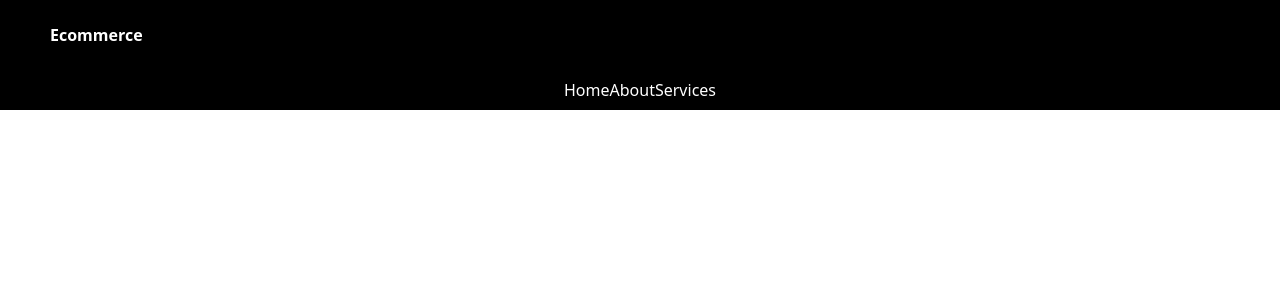
Repository: OmniaRafat232111121/ecommerceredux
Page: / (app in eco/)
The author's editor kept a copy of each file at every save. The page is drawn from the files as they stood at one save, then again after a run of saves.
The browser window is 1280 px wide. The pictures show the whole page.
The project was rebuilt for these pictures with package versions that can differ from the ones it lists, and the page was loaded fresh each time.

Above is the page before, as saved 2022-11-01 18:28:06.

### eco/src/index.js
import React from 'react';
import ReactDOM from 'react-dom/client';
import App from './App';
import './index.css'
const root = ReactDOM.createRoot(document.getElementById('root'));
root.render(
  <React.StrictMode>
    <App />
  </React.StrictMode>
);

### eco/src/App.js

import { Provider } from 'react-redux';
import Header from './components/Header';
import store from './redux/store';
function App() {
  return (
  <Provider store={store}>
<div className='max-w-[1920px] mx-auto overflow-hidden bg-white'>
<Header/>
</div>
    </Provider>
  );
}

export default App;

### eco/src/components/Header.js
import React from 'react'

const Header = () => {
  return (
    <header className='bg-black text-white fixed left-0 right-0 z-10 w-full  mx-auto transition-all duration-150 '>
    <div className='flex justify-between items-center h-[70px] pl-[50px] pr-[60px]'>
    <h1 className='font-bold'>Ecommerce</h1>
    </div>
    <div className='flex  justify-center  items-center py-2'>
    <ul className='flex justify-between'>
    <li><a href="#">Home</a></li>
    <li><a href="#">About</a></li>
    <li><a href="#">Services</a></li>
    </ul>
    </div>
    </header>
  )
}

export default Header

### eco/src/redux/store.js
import { createStore, applyMiddleware } from 'redux'
import { composeWithDevTools } from 'redux-devtools-extension'
import logger from 'redux-logger'
import thunk from 'redux-thunk'
import { reducers } from './reducers/rootReducer'



const store = createStore(
  reducers,
  composeWithDevTools(applyMiddleware(logger, thunk))
)

export default store

### eco/src/redux/reducers/rootReducer.js
import { combineReducers } from "redux";
import { productReducer } from "./productReducer";

 export const reducers=combineReducers({
    allproduct:productReducer
})

### eco/src/redux/reducers/productReducer.js
import { ActionTypes } from "../types/action-types";

const initialState={
    products:[
        {
            id:1,
            title:'market',
            category:"sales"
        }
    ],
}
export const productReducer=(state=initialState,{type,payload})=>{
   switch(type){
    case ActionTypes.SET_PRODUCT:
        return{
            ...state,products:payload
        }
    default:
        return state
   }
}

### eco/src/redux/types/action-types.js
export const ActionTypes={
    SET_PRODUCT:'SET_PRODUCT',
    SELECTED_PRODUCT:'SELECTED_PRODUCT',
    REMVOED_PRODUCT:'REMOVED_PRODUCT'
}

Loaded but not shown: eco/public/index.html (common file); eco/src/index.css (common file); eco/tailwind.config.js (common file)

After the next 4 saves:
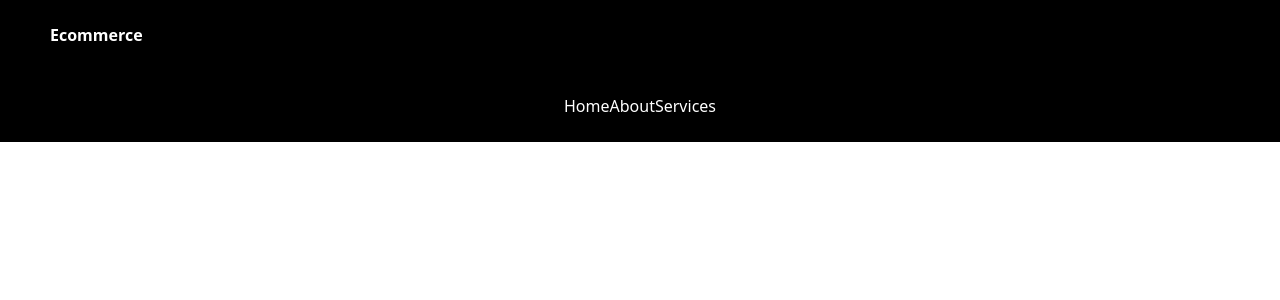
The 4 saves are shown as one change because they came seconds apart.
The last was saved 8 s later.
--- a/eco/src/components/Header.js
+++ b/eco/src/components/Header.js
@@ -7,7 +7,7 @@
     <h1 className='font-bold'>Ecommerce</h1>
     </div>
     <div className='flex  justify-center  items-center py-2'>
-    <ul className='flex justify-between'>
+    <ul className='flex justify-between py-4'>
     <li><a href="#">Home</a></li>
     <li><a href="#">About</a></li>
     <li><a href="#">Services</a></li>

After the save that followed:
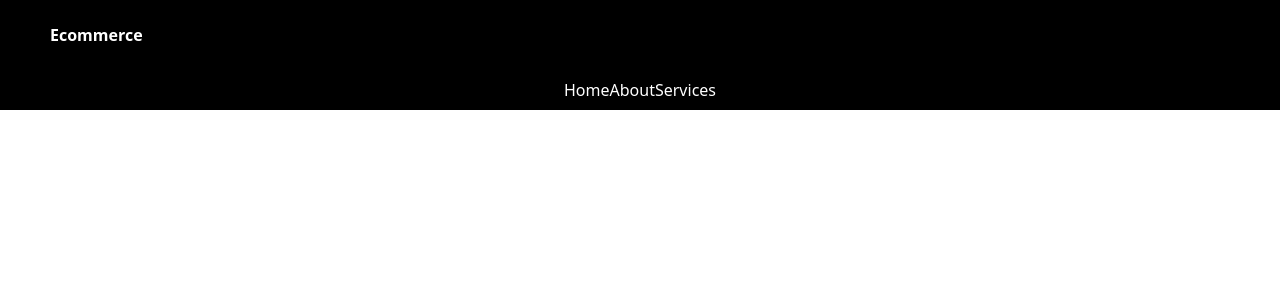
Saved 5 s later.
--- a/eco/src/components/Header.js
+++ b/eco/src/components/Header.js
@@ -7,7 +7,7 @@
     <h1 className='font-bold'>Ecommerce</h1>
     </div>
     <div className='flex  justify-center  items-center py-2'>
-    <ul className='flex justify-between py-4'>
+    <ul className='flex justify-between'>
     <li><a href="#">Home</a></li>
     <li><a href="#">About</a></li>
     <li><a href="#">Services</a></li>
